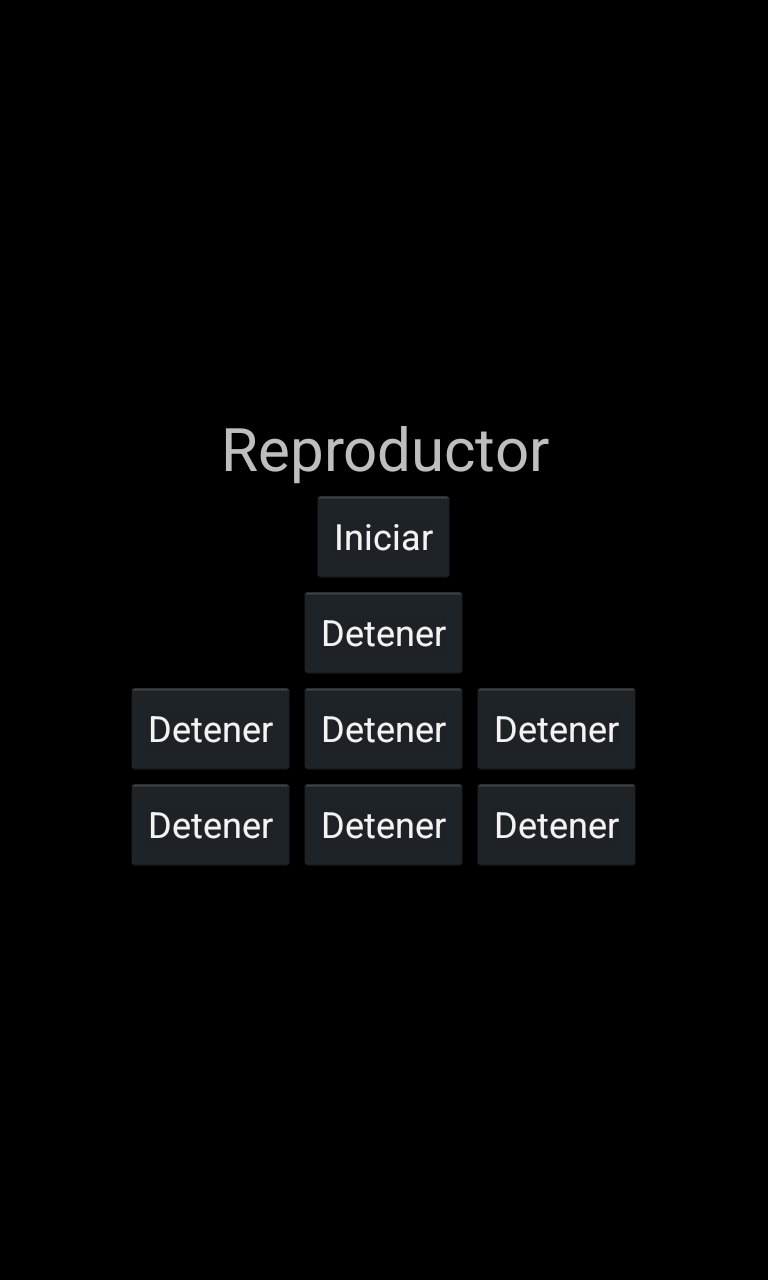
Repository: dorisserruto/un_exercises
Layout: javaandroid/Recursos/workspace-profe/lab13_player1/res/layout/main.xml
These files come from the project's save history. The layout is drawn as it stood at one moment and after the next save; the edit follows.
It is drawn on a 768 x 1280 px phone screen (xhdpi) without system bars, with theme android:Theme.Holo; the app's code is not run.

Above is the layout before, as saved 2012-06-24 16:52:35.

After the next save:
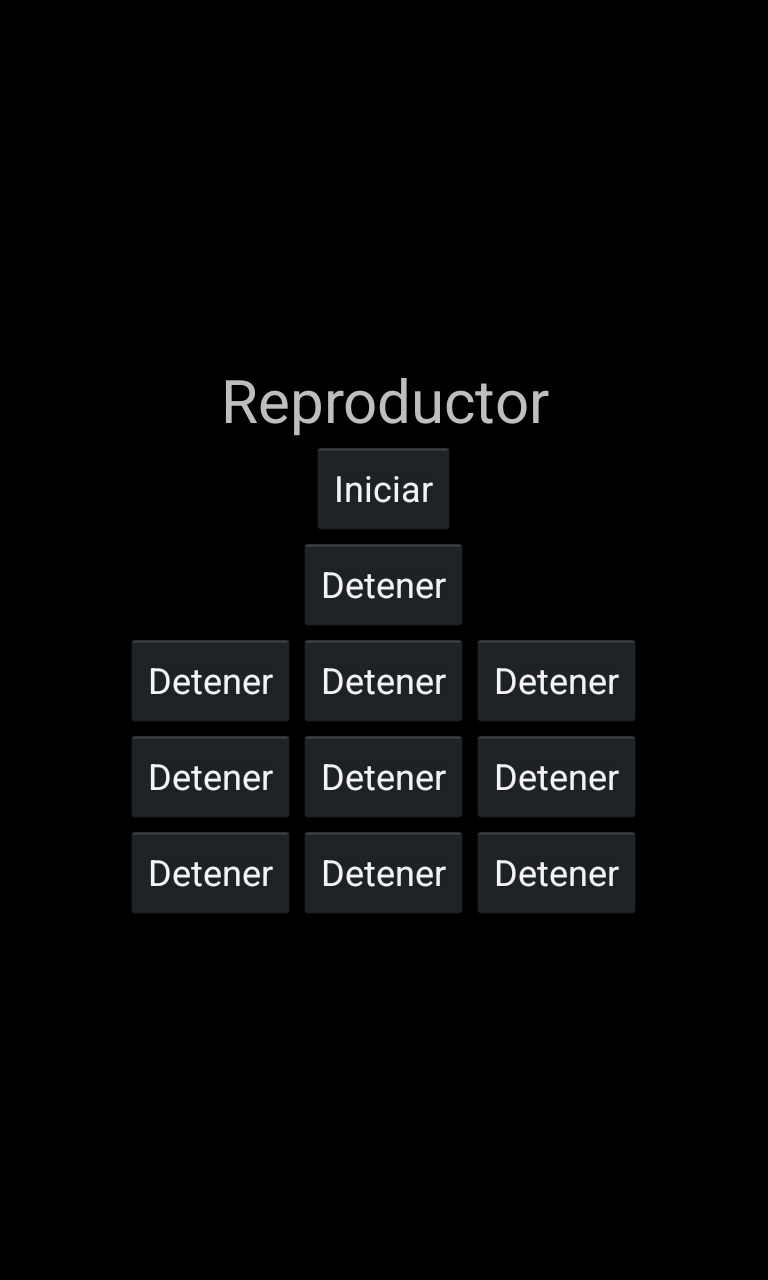
Saved 21 s later.
--- a/javaandroid/Recursos/workspace-profe/lab13_player1/res/layout/main.xml
+++ b/javaandroid/Recursos/workspace-profe/lab13_player1/res/layout/main.xml
@@ -74,6 +74,22 @@
         android:layout_width="wrap_content"
         android:layout_height="wrap_content"
         android:orientation="horizontal" >
+
+        <Button
+        android:id="@+id/btn7"
+        android:layout_width="wrap_content"
+        android:layout_height="wrap_content"
+        android:text="Detener" />
+        <Button
+        android:id="@+id/btn8"
+        android:layout_width="wrap_content"
+        android:layout_height="wrap_content"
+        android:text="Detener" />
+        <Button
+        android:id="@+id/btn9"
+        android:layout_width="wrap_content"
+        android:layout_height="wrap_content"
+        android:text="Detener" />
     </LinearLayout>
 
 </LinearLayout>
